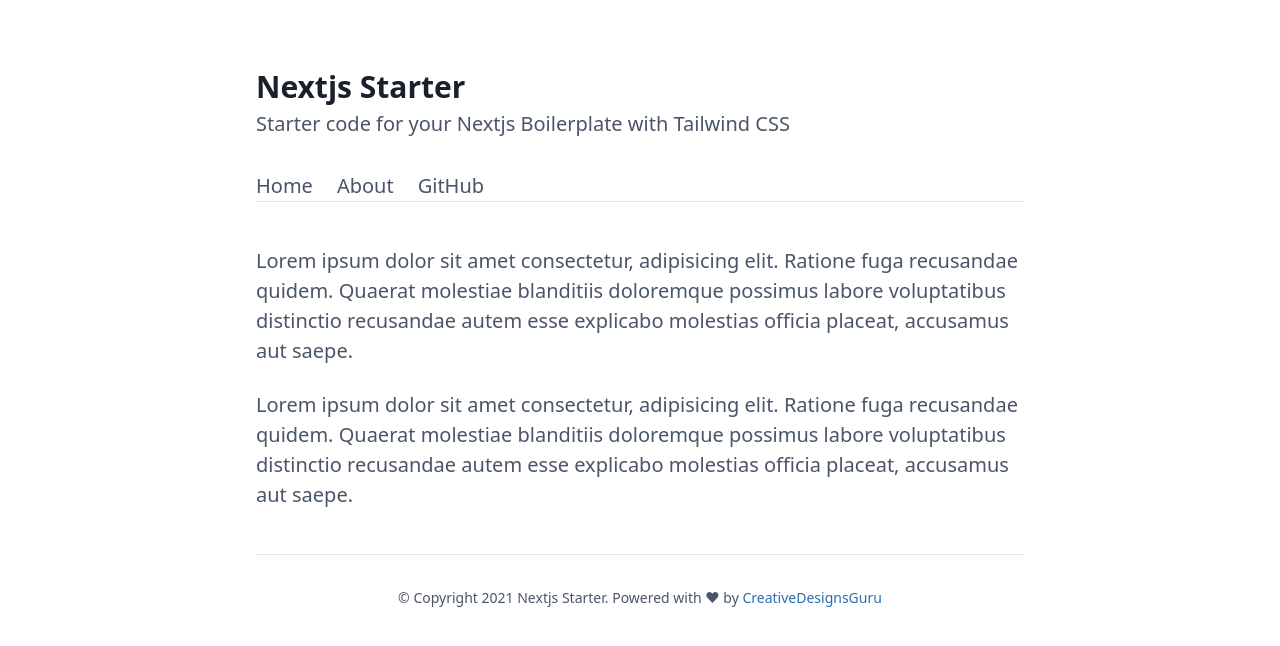
Repository: robindhimanspineor/TAPS-Next
Page: /about
The author's editor kept a copy of each file at every save. The page is drawn from the files as they stood at one save, then again after a run of saves.
The browser window is 1280 px wide. The pictures show the whole page.
The project was rebuilt for these pictures with package versions that can differ from the ones it lists, and the page was loaded fresh each time. The framework's server and built-in components were replaced by stand-ins that run in the browser. Also part of the build but not shown: next.config.js.

Above is the page before, as saved 2021-09-16 11:31:44.

After the next 2 saves:
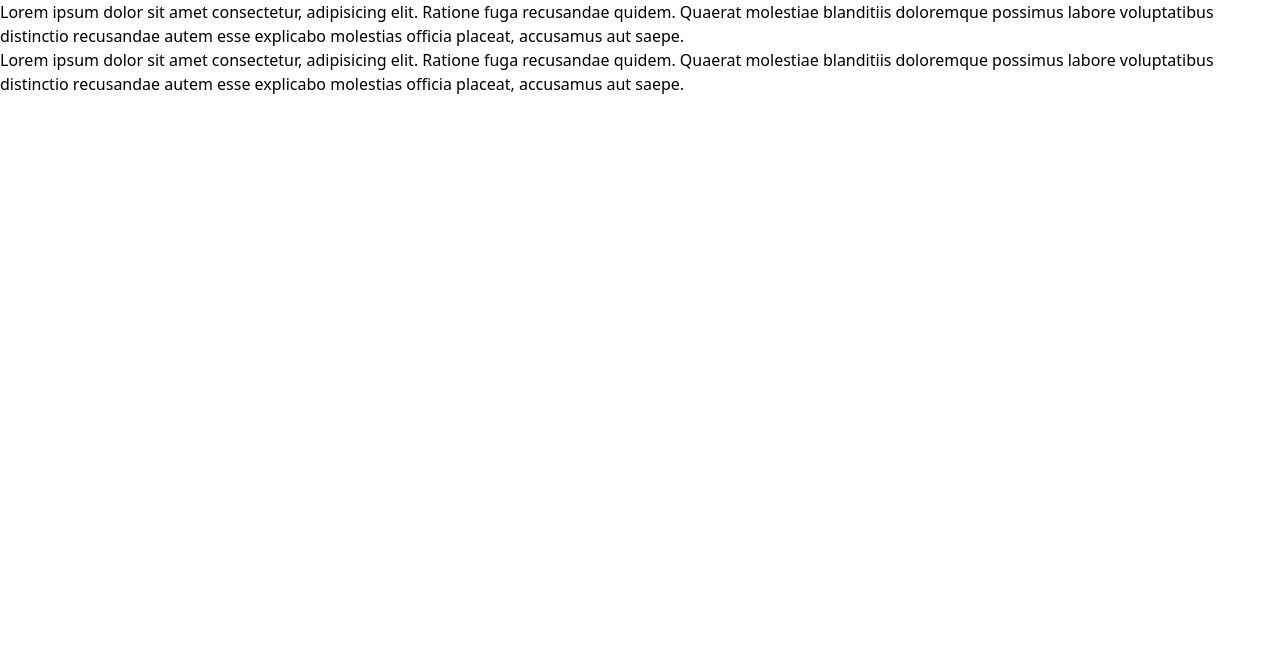
The 2 saves are shown as one change because 1 did not build or start.
The last was saved 59 s later.
--- a/src/pages/about.tsx
+++ b/src/pages/about.tsx
@@ -2,7 +2,8 @@
 import { Main } from '../templates/Main';
 
 const About = () => (
-  <Main meta={<Meta title="Lorem ipsum" description="Lorem ipsum" />}>
+  <>
+  {/*  <Main meta={<Meta title="Lorem ipsum" description="Lorem ipsum" />}> */}
     <p>
       Lorem ipsum dolor sit amet consectetur, adipisicing elit. Ratione fuga
       recusandae quidem. Quaerat molestiae blanditiis doloremque possimus labore
@@ -15,7 +16,8 @@
       voluptatibus distinctio recusandae autem esse explicabo molestias officia
       placeat, accusamus aut saepe.
     </p>
-  </Main>
+    {/* </Main> */}
+    </>
 );
 
 export default About;

After the 2 saves that followed:
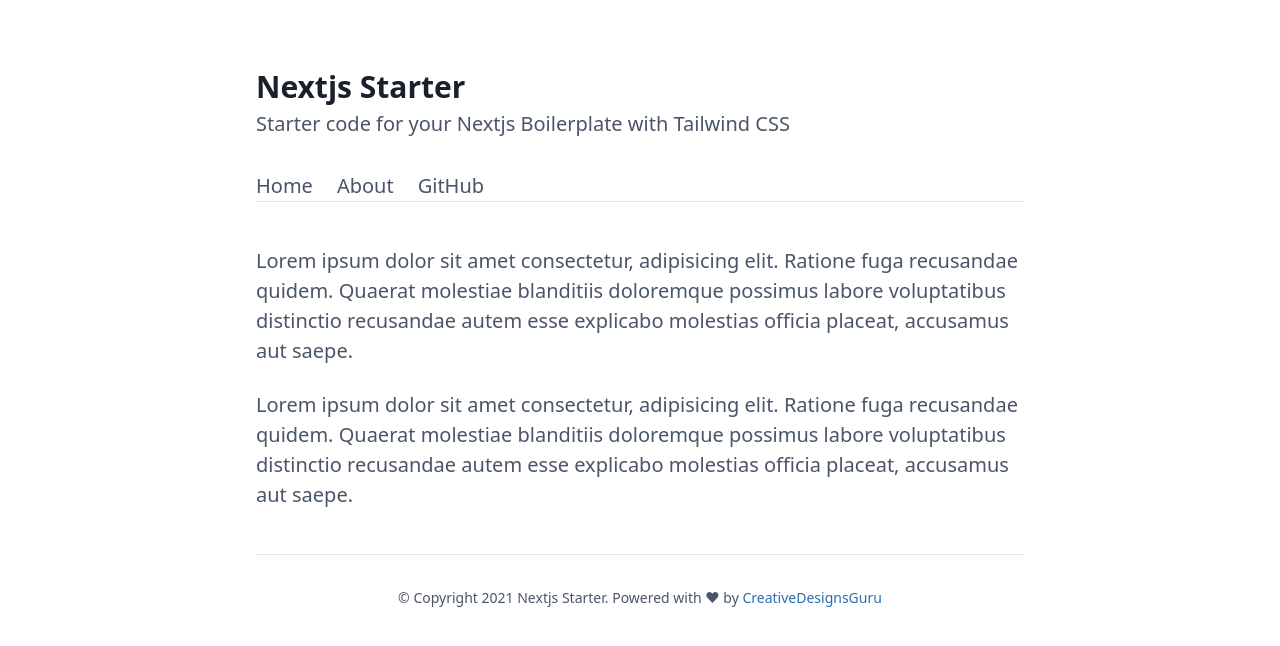
The 2 saves are shown as one change because 1 left the picture as it was.
The last was saved 3 min 32 s later.
--- a/src/pages/about.tsx
+++ b/src/pages/about.tsx
@@ -3,21 +3,21 @@
 
 const About = () => (
   <>
-  {/*  <Main meta={<Meta title="Lorem ipsum" description="Lorem ipsum" />}> */}
-    <p>
-      Lorem ipsum dolor sit amet consectetur, adipisicing elit. Ratione fuga
-      recusandae quidem. Quaerat molestiae blanditiis doloremque possimus labore
-      voluptatibus distinctio recusandae autem esse explicabo molestias officia
-      placeat, accusamus aut saepe.
-    </p>
-    <p>
-      Lorem ipsum dolor sit amet consectetur, adipisicing elit. Ratione fuga
-      recusandae quidem. Quaerat molestiae blanditiis doloremque possimus labore
-      voluptatibus distinctio recusandae autem esse explicabo molestias officia
-      placeat, accusamus aut saepe.
-    </p>
-    {/* </Main> */}
-    </>
+    <Main meta={<Meta title="Lorem ipsum" description="Lorem ipsum" />}>
+      <p>
+        Lorem ipsum dolor sit amet consectetur, adipisicing elit. Ratione fuga
+        recusandae quidem. Quaerat molestiae blanditiis doloremque possimus
+        labore voluptatibus distinctio recusandae autem esse explicabo molestias
+        officia placeat, accusamus aut saepe.
+      </p>
+      <p>
+        Lorem ipsum dolor sit amet consectetur, adipisicing elit. Ratione fuga
+        recusandae quidem. Quaerat molestiae blanditiis doloremque possimus
+        labore voluptatibus distinctio recusandae autem esse explicabo molestias
+        officia placeat, accusamus aut saepe.
+      </p>
+    </Main>
+  </>
 );
 
 export default About;
--- a/src/templates/Main.tsx
+++ b/src/templates/Main.tsx
@@ -31,7 +31,7 @@ const Main = (props: IMainProps) => (
               </Link>
             </li>
             <li className="mr-6">
-              <Link href="/about/">
+              <Link href="/about">
                 <a className="text-gray-700 border-none hover:text-gray-900">
                   About
                 </a>
